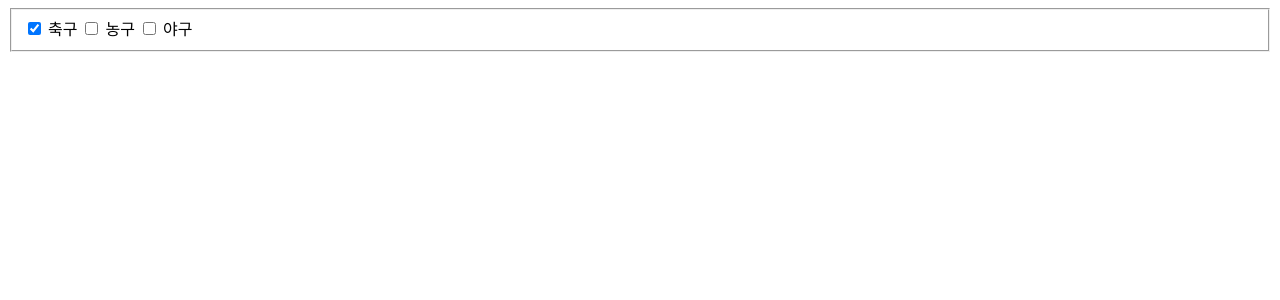
Repository: Gmajorlist/HTML
Page: html/src/main/webapp/exam01/exam05.html
The author's editor kept a copy of each file at every save. The page is drawn from the files as they stood at one save, then again after the next save.
The browser window is 1280 px wide. The pictures show the whole page.

Above is the page before, as saved 2023-03-09 01:56:27.

After the next save:
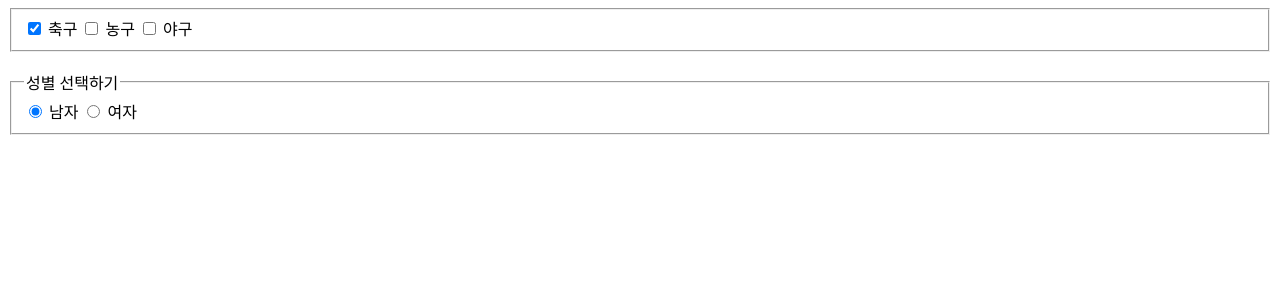
Saved 2 min 55 s later.
--- a/html/src/main/webapp/exam01/exam05.html
+++ b/html/src/main/webapp/exam01/exam05.html
@@ -17,7 +17,18 @@
 			<label for="hobby3">야구</label>
 		</div>
 	</fieldset>
+	<br/>
 
+	<fieldset>
+		<legend>성별 선택하기</legend>
+		<div>
+			<!-- 라디오 버튼  -->
+			<input type="radio" name="gender" id="gender_m" value="M" checked />
+			<label for="gender_m">남자</label>
+			<input type="radio" name="gender" id="gender_f" value="F"  />
+			<label for="gender_f">여자</label>
+		</div>
+	</fieldset>
 </form>
 </body>
 </html>
